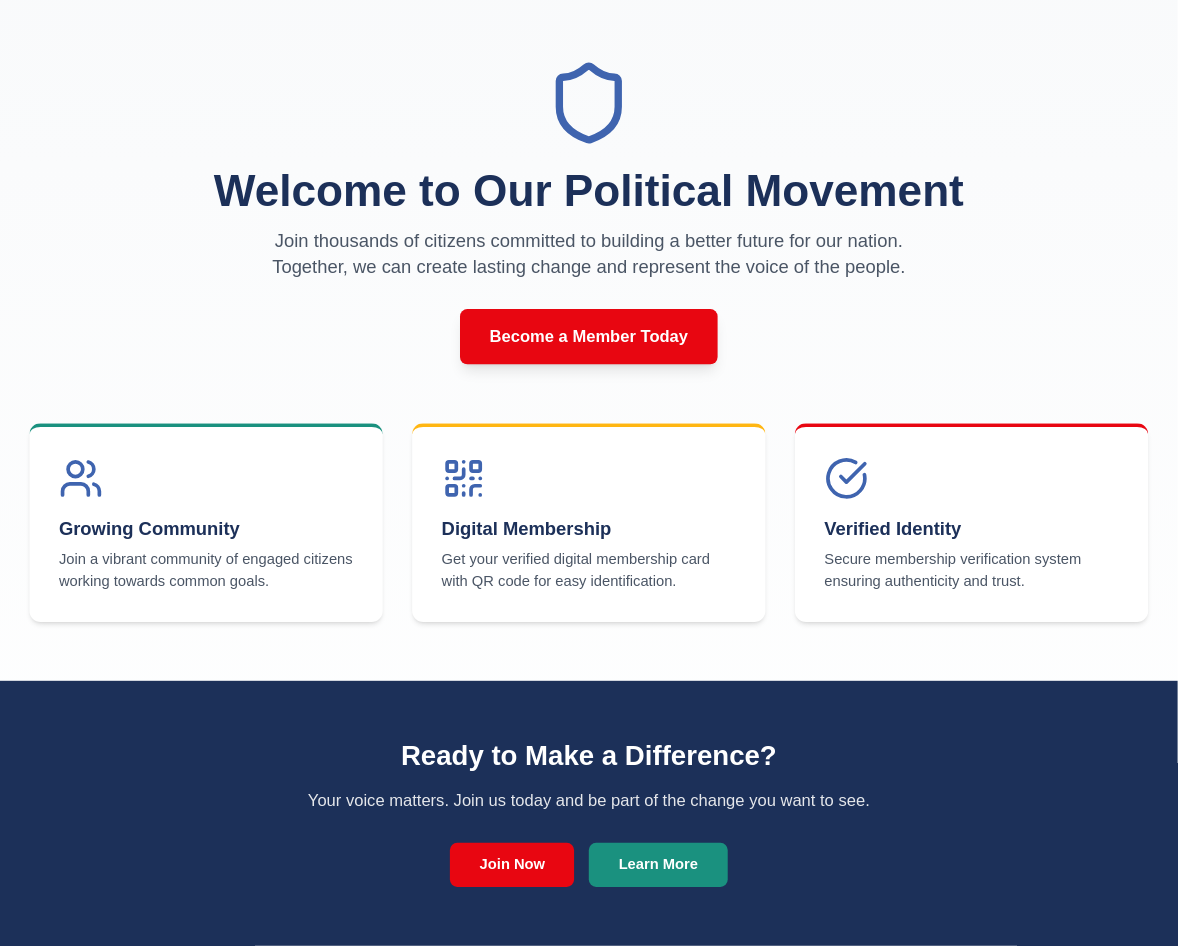
Repository: lettimaks-cyber/members
Page: /
These files come from the project's save history. The page is drawn as it stood at one moment and after a run of saves; the edit follows.
The browser window is 1280 px wide. The pictures show the whole page, at 92% of full size.
The page's requests for data from a server got no answer. The project was rebuilt for these pictures with package versions that can differ from the ones it lists, and the page was loaded fresh each time. Some packages were replaced by stand-ins written for this rebuild. The framework's server and built-in components were replaced by stand-ins that run in the browser. No one was signed in, and anything a server would have sent is missing. Also part of the build but not shown: next.config.ts.

Above is the page before, as saved 2025-11-15 22:26:37.

### src/app/page.tsx
import React from 'react';
import Link from 'next/link';
import { Users, Shield, CheckCircle, QrCode } from 'lucide-react';

export default function HomePage() {
  return (
    <div className="min-h-screen bg-linear-to-b from-gray-50 to-white">

      {/* Hero Section */}
      <div className="max-w-7xl mx-auto px-4 sm:px-6 lg:px-8 py-16">
        <div className="text-center mb-16">
          <Shield className="w-24 h-24 mx-auto mb-6" style={{ color: '#3f64af' }} />
          <h1 className="text-5xl font-bold mb-4" style={{ color: '#1c3059' }}>
            Welcome to Our Political Movement
          </h1>
          <p className="text-xl text-gray-600 mb-8 max-w-3xl mx-auto">
            Join thousands of citizens committed to building a better future for our nation.
            Together, we can create lasting change and represent the voice of the people.
          </p>
          <Link
            href="/join"
            className="inline-block px-8 py-4 rounded-lg text-lg font-semibold text-white transition transform hover:scale-105 shadow-lg"
            style={{ backgroundColor: '#e80611' }}
          >
            Become a Member Today
          </Link>
        </div>

        {/* Feature Cards */}
        <div className="grid md:grid-cols-3 gap-8 mt-16">
          <div className="bg-white p-8 rounded-xl shadow-md hover:shadow-xl transition border-t-4" style={{ borderTopColor: '#1a917f' }}>
            <Users className="w-12 h-12 mb-4" style={{ color: '#3f64af' }} />
            <h3 className="text-xl font-bold mb-2" style={{ color: '#1c3059' }}>
              Growing Community
            </h3>
            <p className="text-gray-600">
              Join a vibrant community of engaged citizens working towards common goals.
            </p>
          </div>

          <div className="bg-white p-8 rounded-xl shadow-md hover:shadow-xl transition border-t-4" style={{ borderTopColor: '#ffb612' }}>
            <QrCode className="w-12 h-12 mb-4" style={{ color: '#3f64af' }} />
            <h3 className="text-xl font-bold mb-2" style={{ color: '#1c3059' }}>
              Digital Membership
            </h3>
            <p className="text-gray-600">
              Get your verified digital membership card with QR code for easy identification.
            </p>
          </div>

          <div className="bg-white p-8 rounded-xl shadow-md hover:shadow-xl transition border-t-4" style={{ borderTopColor: '#e80611' }}>
            <CheckCircle className="w-12 h-12 mb-4" style={{ color: '#3f64af' }} />
            <h3 className="text-xl font-bold mb-2" style={{ color: '#1c3059' }}>
              Verified Identity
            </h3>
            <p className="text-gray-600">
              Secure membership verification system ensuring authenticity and trust.
            </p>
          </div>
        </div>
      </div>

      {/* Call to Action Section */}
      <div className="py-16 px-4" style={{ backgroundColor: '#1c3059' }}>
        <div className="max-w-4xl mx-auto text-center">
          <h2 className="text-3xl font-bold text-white mb-4">
            Ready to Make a Difference?
          </h2>
          <p className="text-gray-200 mb-8 text-lg">
            Your voice matters. Join us today and be part of the change you want to see.
          </p>
          <div className="flex flex-col sm:flex-row gap-4 justify-center">
            <Link
              href="/join"
              className="inline-block px-8 py-3 rounded-lg font-semibold text-white transition hover:opacity-90"
              style={{ backgroundColor: '#e80611' }}
            >
              Join Now
            </Link>
            <Link
              href="/about"
              className="inline-block px-8 py-3 rounded-lg font-semibold transition"
              style={{ backgroundColor: '#1a917f', color: '#ffffff' }}
            >
              Learn More
            </Link>
          </div>
        </div>
      </div>
    </div>
  );
}

### src/components/Navbar.tsx
'use client';

import React, { useState } from 'react';
import Link from 'next/link';
import { usePathname } from 'next/navigation';
import { Shield, Menu, X, UserCircle } from 'lucide-react';
import { SignInButton, SignedIn, SignedOut, UserButton } from '@clerk/nextjs';

export default function Navbar() {
  const [isMenuOpen, setIsMenuOpen] = useState(false);
  const pathname = usePathname();

  const isActive = (path: string) => {
    return pathname === path;
  };

  const navLinks = [
    { href: '/', label: 'Home' },
    { href: '/about', label: 'About' },
    { href: '/join', label: 'Join Us' },
    { href: '/contact', label: 'Contact' },
  ];

  return (
    <nav className="shadow-lg sticky top-0 z-50" style={{ backgroundColor: '#1c3059' }}>
      <div className="max-w-7xl mx-auto px-4 sm:px-6 lg:px-8">
        <div className="flex justify-between items-center h-16">
          {/* Logo and Brand */}
          <Link href="/" className="flex items-center space-x-2 hover:opacity-80 transition">
            <Shield className="w-8 h-8 text-white" />
            <span className="font-bold text-xl text-white hidden sm:block">
              Party Membership
            </span>
          </Link>

          {/* Desktop Navigation */}
          <div className="hidden md:flex items-center space-x-1">
            {navLinks.map((link) => (
              <Link
                key={link.href}
                href={link.href}
                className={`px-4 py-2 rounded-lg text-white font-medium transition ${
                  isActive(link.href)
                    ? 'bg-white bg-opacity-20'
                    : 'hover:bg-white hover:bg-opacity-10'
                }`}
              >
                {link.label}
              </Link>
            ))}
          </div>

          {/* Auth Buttons */}
          <div className="hidden md:flex items-center space-x-4">
            <SignedOut>
              <SignInButton mode="modal">
                <button
                  className="px-4 py-2 rounded-lg font-semibold text-white transition hover:opacity-90"
                  style={{ backgroundColor: '#e80611' }}
                >
                  Sign In
                </button>
              </SignInButton>
            </SignedOut>
            <SignedIn>
              <Link
                href="/dashboard"
                className="px-4 py-2 rounded-lg font-semibold transition hover:opacity-90"
                style={{
                  backgroundColor: '#1a917f',
                  color: '#ffffff'
                }}
              >
                Dashboard
              </Link>
              <UserButton afterSignOutUrl="/" />
            </SignedIn>
          </div>

          {/* Mobile Menu Button */}
          <button
            onClick={() => setIsMenuOpen(!isMenuOpen)}
            className="md:hidden p-2 rounded-lg hover:bg-white hover:bg-opacity-10 transition"
          >
            {isMenuOpen ? (
              <X className="w-6 h-6 text-white" />
            ) : (
              <Menu className="w-6 h-6 text-white" />
            )}
          </button>
        </div>
      </div>

      {/* Mobile Menu */}
      {isMenuOpen && (
        <div className="md:hidden border-t border-white border-opacity-20">
          <div className="px-4 py-4 space-y-2">
            {navLinks.map((link) => (
              <Link
                key={link.href}
                href={link.href}
                onClick={() => setIsMenuOpen(false)}
                className={`block px-4 py-2 rounded-lg text-white font-medium transition ${
                  isActive(link.href)
                    ? 'bg-white bg-opacity-20'
                    : 'hover:bg-white hover:bg-opacity-10'
                }`}
              >
                {link.label}
              </Link>
            ))}

            <div className="pt-4 border-t border-white border-opacity-20">
              <SignedOut>
                <SignInButton mode="modal">
                  <button
                    className="w-full px-4 py-2 rounded-lg font-semibold text-white transition hover:opacity-90"
                    style={{ backgroundColor: '#e80611' }}
                  >
                    Sign In
                  </button>
                </SignInButton>
              </SignedOut>
              <SignedIn>
                <Link
                  href="/dashboard"
                  onClick={() => setIsMenuOpen(false)}
                  className="block w-full px-4 py-2 rounded-lg font-semibold text-center transition hover:opacity-90"
                  style={{
                    backgroundColor: '#1a917f',
                    color: '#ffffff'
                  }}
                >
                  Dashboard
                </Link>
                <div className="mt-2 flex justify-center">
                  <UserButton afterSignOutUrl="/" />
                </div>
              </SignedIn>
            </div>
          </div>
        </div>
      )}
    </nav>
  );
}

Loaded but not shown: src/app/layout.tsx (common file); src/app/styles/globals.css (common file)

After the next 6 saves:
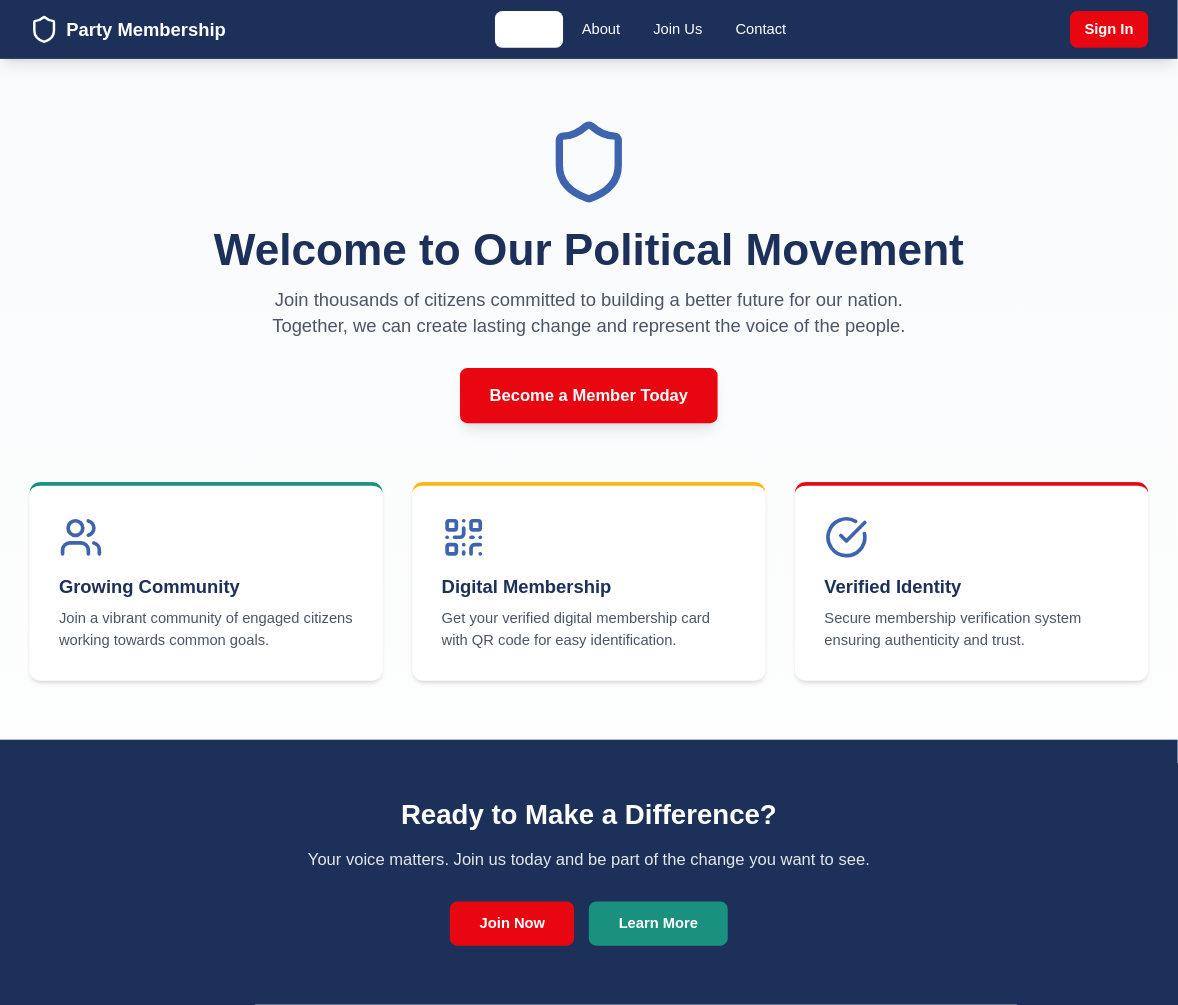
The 6 saves are shown as one change because 1 did not build or start and some came seconds apart.
The last was saved 38 s later.
--- a/src/app/page.tsx
+++ b/src/app/page.tsx
@@ -1,10 +1,11 @@
 import React from 'react';
 import Link from 'next/link';
 import { Users, Shield, CheckCircle, QrCode } from 'lucide-react';
+import Navbar from '@/components/Navbar';
 
 export default function HomePage() {
   return (
-    <div className="min-h-screen bg-linear-to-b from-gray-50 to-white">
+    <><Navbar /><div className="min-h-screen bg-linear-to-b from-gray-50 to-white">
 
       {/* Hero Section */}
       <div className="max-w-7xl mx-auto px-4 sm:px-6 lg:px-8 py-16">
@@ -87,6 +88,6 @@ export default function HomePage() {
           </div>
         </div>
       </div>
-    </div>
+    </div></>
   );
 }
